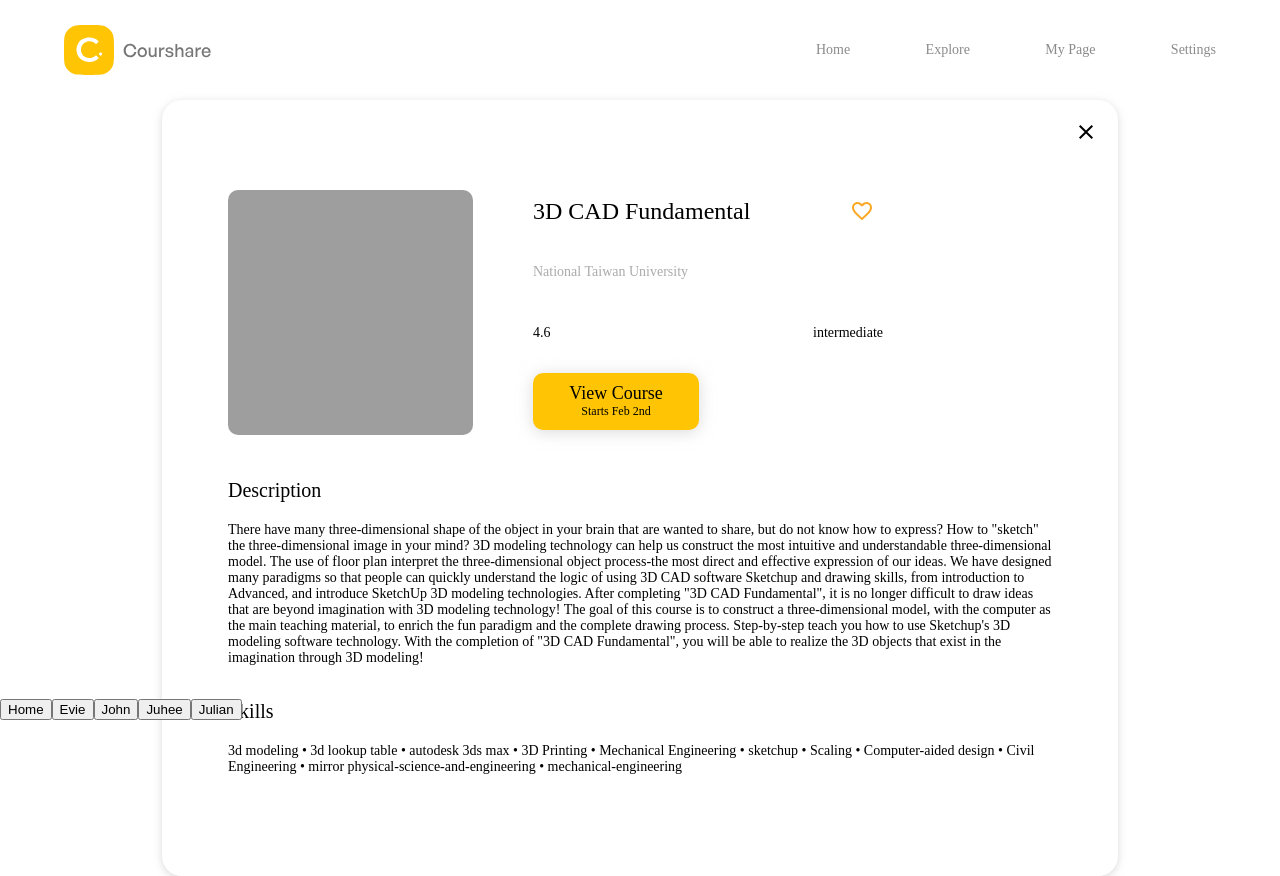
Repository: julianm09/courshare-app
Page: /comps/juhee
The author's editor kept a copy of each file at every save. The page is drawn from the files as they stood at one save, then again after the next save.
The browser window is 1280 px wide. The pictures show the whole page.
Pictures or frames that could not be fetched are drawn as grey boxes. The project was rebuilt for these pictures with package versions that can differ from the ones it lists, and the page was loaded fresh each time. The framework's server and built-in components were replaced by stand-ins that run in the browser. Also part of the build but not shown: next.config.js.

Above is the page before, as saved 2022-02-07 15:06:54.

### pages/_app.js
import "../styles/globals.css";
import styled from "styled-components";
import { useRouter } from "next/router";
import Navbar from "@/components/Navbar";

function MyApp({ Component, pageProps }) {
  const r = useRouter();
  return (
    <>
    <Navbar/>
      <Component {...pageProps} />

      <BotNav>
        <button onClick={() => r.push("/")}>Home</button>
        <button onClick={() => r.push("/comps/evie")}>Evie</button>
        <button onClick={() => r.push("/comps/john")}>John</button>
        <button onClick={() => r.push("/comps/juhee")}>Juhee</button>
        <button onClick={() => r.push("/comps/julian")}>Julian</button>
      </BotNav>
    </>
  );
}

const BotNav = styled.div`
  position: fixed;
  bottom: 0px;
`;

export default MyApp;

### pages/comps/juhee.js
import styled from "styled-components";
import CourseDetailCard from "@/components/CourseDetailCard";

export default function Juhee() {
  return (
    <Cont>
      {/* make components here */}
      <CourseDetailCard></CourseDetailCard>
    </Cont>
  );
}

const Cont = styled.div`
  display: flex;
  align-items: center;
  flex-direction: column;
  width: 100%;
`;

### styles/globals.css
@import url("general-sans.css");

html,
body {
  padding: 0;
  margin: 0;
  font-family: -apple-system, BlinkMacSystemFont, Segoe UI, Roboto, Oxygen,
    Ubuntu, Cantarell, Fira Sans, Droid Sans, Helvetica Neue, sans-serif;
}

a {
  color: inherit;
  text-decoration: none;
}

* {
  box-sizing: border-box;
}

### components/Navbar.js
import styled from "styled-components";
import { useState } from "react";
import { useRouter } from "next/router";

export default function Navbar({}) {
  const r = useRouter();

  const [menu, setMenu] = useState(false);

  const handleLink = (t) => {
    setMenu(false);
    r.push(t);
  };

  return (
    <NavbarUI>
      <Logo
        src="/logo.svg"
        selected={r.pathname == "/"}
        onClick={() => handleLink("/")}
      ></Logo>
      <Navigation>
        <LinkUI selected={r.pathname == "/"} onClick={() => handleLink("/")}>
          Home
        </LinkUI>
        <LinkUI
          selected={r.pathname == "/explore"}
          onClick={() => handleLink("/explore")}
        >
          Explore
        </LinkUI>
        <LinkUI
          selected={r.pathname == "/mypage"}
          onClick={() => handleLink("/mypage")}
        >
          My Page
        </LinkUI>
        <LinkUI
          selected={r.pathname == "/settings"}
          onClick={() => handleLink("/settings")}
        >
          Settings
        </LinkUI>
      </Navigation>
      <MenuIcon
        src={menu ? "/icons/close.svg" : "/icons/menu.svg"}
        onClick={() => setMenu(!menu)}
      />
      {menu ? (
        <MobileMenu>
          <LinkUI selected={r.pathname == "/"} onClick={() => handleLink("/")}>
            Home
          </LinkUI>
          <LinkUI
            selected={r.pathname == "/explore"}
            onClick={() => handleLink("/explore")}
          >
            Explore
          </LinkUI>
          <LinkUI
            selected={r.pathname == "/mypage"}
            onClick={() => handleLink("/mypage")}
          >
            My Page
          </LinkUI>
          <LinkUI
            selected={r.pathname == "/settings"}
            onClick={() => handleLink("/settings")}
          >
            Settings
          </LinkUI>
        </MobileMenu>
      ) : (
        <></>
      )}
    </NavbarUI>
  );
}

const NavbarUI = styled.div`
  width: 100%;
  padding: 0 5%;
  height: 100px;
  display: flex;
  align-items: center;
  justify-content: space-between;

  -webkit-touch-callout: none; /* iOS Safari */
  -webkit-user-select: none; /* Safari */
  -khtml-user-select: none; /* Konqueror HTML */
  -moz-user-select: none; /* Old versions of Firefox */
  -ms-user-select: none; /* Internet Explorer/Edge */
  user-select: none; /* Non-prefixed version, currently supported by Chrome, Edge, Opera and Firefox */
`;

const Logo = styled.img`
  cursor: pointer;
`;

const Navigation = styled.div`
  display: flex;
  justify-content: space-between;
  width: 400px;
  @media (max-width: 1000px) {
    display: none;
  }
`;

const LinkUI = styled.div`
  cursor: pointer;
  font-family: General Sans;
  font-style: normal;
  font-size: 14px;
  line-height: 24px;
  color: #8b8b8b;
  color: ${(props) => (props.selected ? "#595959" : "#8B8B8B")};
  font-weight: ${(props) => (props.selected ? "500" : "400")};
`;

const MenuIcon = styled.img`
  cursor: pointer;
  display: none;
  @media (max-width: 1000px) {
    display: flex;
  }
`;

const MobileMenu = styled.div`
  cursor: pointer;
  display: flex;
  position: absolute;
  height: 200px;
  flex-direction: column;
  justify-content: space-between;
  align-items: flex-end;
  top: 100px;
  width: 90%;
  @media (min-width: 1000px) {
    display: none;
  }
`;

### components/CourseDetailCard.js
import styled from "styled-components";
import { useState } from "react";
import Favorite from "@mui/icons-material/Favorite";
import FavoriteBorder from "@mui/icons-material/FavoriteBorder";
import { Checkbox } from "@mui/material";
import RegisterButton from "../components/RegisterButton";
import { yellow } from "@mui/material/colors";
import CloseIcon from "@mui/icons-material/Close";

const BigCont = styled.div`
  display: flex;
  flex-direction: column;
  width: 956px;
  height: 776px;
  background-color: #ffffff;
  box-shadow: 0px 2px 8px 0px rgba(185, 185, 185, 0.52);
  border-radius: 20px;
  font-family: General Sans;
`;
const ButtonCont = styled.div`
  display: flex;
  justify-content: flex-end;
  margin-right: 20px;
  margin-top: 20px;
`;

const ContentCont = styled.div`
  display: flex;
  flex-direction: column;
  justify-content: space-between;
  padding: 46px 66px 66px 66px;
`;
const FristCont = styled.div`
  display: flex;
  flex-direction: row;
`;
const LeftCont = styled.div``;

const Img = styled.img`
  width: 245px;
  height: 245px;
  border-radius: 10px;
`;
const Heading1 = styled.p`
  font-size: 24px;
  margin: 0;
  font-weight: 500;
`;

const GreyText = styled.p`
  color: #aaaaaa;
  font-size: 14px;
`;
const RightCont = styled.div`
  height: 245px;
  margin-left: 60px;
  display: flex;
  flex-direction: column;
  align-items: space-between;
`;
const RightSmallCont = styled.div`
  width: 350px;
  display: flex;
  flex-direction: row;
  justify-content: space-between;
  align-items: center;
  margin-bottom: 5%;
`;
const SecondCont = styled.div`
  margin-top: 20px;
`;
const Heading2 = styled.p`
  font-size: 20px;
  font-weight: 500;
`;
const Desc = styled.p`
  font-size: 14px;
`;
const ThirdCont = styled.div``;

export default function CourseDetailCard({
  name = "3D  CAD Fundamental",
  school = "National Taiwan University",
  rating = 4.6,
  difficulty = "intermediate",
  description = "",
  skills = "",
}) {
  return (
    <BigCont>
      <ButtonCont>
        <CloseIcon />
      </ButtonCont>
      <ContentCont>
        <FristCont>
          <LeftCont>
            <Img src="https://images.unsplash.com/photo-1600869009498-8d429f88d4f5?ixlib=rb-1.2.1&ixid=MnwxMjA3fDB8MHxwaG90by1wYWdlfHx8fGVufDB8fHx8&auto=format&fit=crop&w=2340&q=80" />
          </LeftCont>
          <RightCont>
            <RightSmallCont>
              <Heading1>{name}</Heading1>
              <Checkbox
                sx={{
                  color: yellow[800],
                  "&.Mui-checked": {
                    color: yellow[600],
                  },
                }}
                icon={<FavoriteBorder />}
                checkedIcon={<Favorite />}
              />
            </RightSmallCont>
            <RightSmallCont>
              <GreyText>{school}</GreyText>
            </RightSmallCont>
            <RightSmallCont>
              <Desc>{rating}</Desc>
              <Desc>{difficulty}</Desc>
            </RightSmallCont>
            <RightSmallCont>
              <RegisterButton />
            </RightSmallCont>
          </RightCont>
        </FristCont>
        <SecondCont>
          <Heading2>Description</Heading2>
          <Desc>
            There have many three-dimensional shape of the object in your brain
            that are wanted to share, but do not know how to express? How to
            "sketch" the three-dimensional image in your mind? 3D modeling
            technology can help us construct the most intuitive and
            understandable three-dimensional model. The use of floor plan
            interpret the three-dimensional object process-the most direct and
            effective expression of our ideas. We have designed many paradigms
            so that people can quickly understand the logic of using 3D CAD
            software Sketchup and drawing skills, from introduction to Advanced,
            and introduce SketchUp 3D modeling technologies. After completing
            "3D CAD Fundamental", it is no longer difficult to draw ideas that
            are beyond imagination with 3D modeling technology! The goal of this
            course is to construct a three-dimensional model, with the computer
            as the main teaching material, to enrich the fun paradigm and the
            complete drawing process. Step-by-step teach you how to use
            Sketchup's 3D modeling software technology. With the completion of
            "3D CAD Fundamental", you will be able to realize the 3D objects
            that exist in the imagination through 3D modeling!
          </Desc>
        </SecondCont>
        <ThirdCont>
          <Heading2>Skills</Heading2>
          <Desc>
            3d modeling • 3d lookup table • autodesk 3ds max • 3D Printing •
            Mechanical Engineering • sketchup • Scaling • Computer-aided design
            • Civil Engineering • mirror physical-science-and-engineering •
            mechanical-engineering
          </Desc>
        </ThirdCont>
      </ContentCont>
    </BigCont>
  );
}

### styles/general-sans.css
/**
 * @license
 *
 * Font Family: General Sans
 * Designed by: Frode Helland
 * URL: https://www.fontshare.com/fonts/general-sans
 * © 2021 Indian Type Foundry
 *
 * Font Styles:
 * General Sans Variable(Variable font)
 * General Sans Variable Italic(Variable font)
 * General Sans Extralight
 * General Sans Extralight Italic
 * General Sans Light
 * General Sans Light Italic
 * General Sans Regular
 * General Sans Italic
 * General Sans Medium
 * General Sans Medium Italic
 * General Sans Semibold
 * General Sans Semibold Italic
 * General Sans Bold
 * General Sans Bold Italic
 *
*/


/**
* This is a variable font
* You can controll variable axes as shown below:
* font-variation-settings: 'wght' 700.0;
*
* available axes:

* 'wght' (range from 200.0 to 700.0)

*/

@font-face {
  font-family: 'GeneralSans-Variable';
  src: url('../fonts/GeneralSans-Variable.woff2') format('woff2'),
       url('../fonts/GeneralSans-Variable.woff') format('woff'),
       url('../fonts/GeneralSans-Variable.ttf') format('truetype');
       font-weight: 200 700;
       font-display: swap;
       font-style: normal;
}


/**
* This is a variable font
* You can controll variable axes as shown below:
* font-variation-settings: 'wght' 700.0;
*
* available axes:

* 'wght' (range from 200.0 to 700.0)

*/

@font-face {
  font-family: 'GeneralSans-VariableItalic';
  src: url('../fonts/GeneralSans-VariableItalic.woff2') format('woff2'),
       url('../fonts/GeneralSans-VariableItalic.woff') format('woff'),
       url('../fonts/GeneralSans-VariableItalic.ttf') format('truetype');
       font-weight: 200 700;
       font-display: swap;
       font-style: italic;
}


@font-face {
  font-family: 'GeneralSans-Extralight';
  src: url('../fonts/GeneralSans-Extralight.woff2') format('woff2'),
       url('../fonts/GeneralSans-Extralight.woff') format('woff'),
       url('../fonts/GeneralSans-Extralight.ttf') format('truetype');
       font-weight: 200;
       font-display: swap;
       font-style: normal;
}


@font-face {
  font-family: 'GeneralSans-ExtralightItalic';
  src: url('../fonts/GeneralSans-ExtralightItalic.woff2') format('woff2'),
       url('../fonts/GeneralSans-ExtralightItalic.woff') format('woff'),
       url('../fonts/GeneralSans-ExtralightItalic.ttf') format('truetype');
       font-weight: 200;
       font-display: swap;
       font-style: italic;
}


@font-face {
  font-family: 'GeneralSans-Light';
  src: url('../fonts/GeneralSans-Light.woff2') format('woff2'),
       url('../fonts/GeneralSans-Light.woff') format('woff'),
       url('../fonts/GeneralSans-Light.ttf') format('truetype');
       font-weight: 300;
       font-display: swap;
       font-style: normal;
}


@font-face {
  font-family: 'GeneralSans-LightItalic';
  src: url('../fonts/GeneralSans-LightItalic.woff2') format('woff2'),
       url('../fonts/GeneralSans-LightItalic.woff') format('woff'),
       url('../fonts/GeneralSans-LightItalic.ttf') format('truetype');
       font-weight: 300;
       font-display: swap;
       font-style: italic;
}


@font-face {
  font-family: 'GeneralSans-Regular';
  src: url('../fonts/GeneralSans-Regular.woff2') format('woff2'),
       url('../fonts/GeneralSans-Regular.woff') format('woff'),
       url('../fonts/GeneralSans-Regular.ttf') format('truetype');
       font-weight: 400;
       font-display: swap;
       font-style: normal;
}


@font-face {
  font-family: 'GeneralSans-Italic';
  src: url('../fonts/GeneralSans-Italic.woff2') format('woff2'),
       url('../fonts/GeneralSans-Italic.woff') format('woff'),
       url('../fonts/GeneralSans-Italic.ttf') format('truetype');
       font-weight: 400;
       font-display: swap;
       font-style: italic;
}


@font-face {
  font-family: 'GeneralSans-Medium';
  src: url('../fonts/GeneralSans-Medium.woff2') format('woff2'),
       url('../fonts/GeneralSans-Medium.woff') format('woff'),
       url('../fonts/GeneralSans-Medium.ttf') format('truetype');
       font-weight: 500;
       font-display: swap;
       font-style: normal;
}


@font-face {
  font-family: 'GeneralSans-MediumItalic';
  src: url('../fonts/GeneralSans-MediumItalic.woff2') format('woff2'),
       url('../fonts/GeneralSans-MediumItalic.woff') format('woff'),
       url('../fonts/GeneralSans-MediumItalic.ttf') format('truetype');
       font-weight: 500;
       font-display: swap;
       font-style: italic;
}


@font-face {
  font-family: 'GeneralSans-Semibold';
  src: url('../fonts/GeneralSans-Semibold.woff2') format('woff2'),
       url('../fonts/GeneralSans-Semibold.woff') format('woff'),
       url('../fonts/GeneralSans-Semibold.ttf') format('truetype');
       font-weight: 600;
       font-display: swap;
       font-style: normal;
}


@font-face {
  font-family: 'GeneralSans-SemiboldItalic';
  src: url('../fonts/GeneralSans-SemiboldItalic.woff2') format('woff2'),
       url('../fonts/GeneralSans-SemiboldItalic.woff') format('woff'),
       url('../fonts/GeneralSans-SemiboldItalic.ttf') format('truetype');
       font-weight: 600;
       font-display: swap;
       font-style: italic;
}


@font-face {
  font-family: 'GeneralSans-Bold';
  src: url('../fonts/GeneralSans-Bold.woff2') format('woff2'),
       url('../fonts/GeneralSans-Bold.woff') format('woff'),
       url('../fonts/GeneralSans-Bold.ttf') format('truetype');
       font-weight: 700;
       font-display: swap;
       font-style: normal;
}


@font-face {
  font-family: 'GeneralSans-BoldItalic';
  src: url('../fonts/GeneralSans-BoldItalic.woff2') format('woff2'),
       url('../fonts/GeneralSans-BoldItalic.woff') format('woff'),
       url('../fonts/GeneralSans-BoldItalic.ttf') format('truetype');
       font-weight: 700;
       font-display: swap;
       font-style: italic;
}

### components/RegisterButton.js
import styled from "styled-components";

const RegisterBtn = styled.button`
  width: 166px;
  height: 57px;
  background-color: ${(props) => props.background};
  color: #000000;
  filter: drop-shadow(0px 2px 8px rgba(185, 185, 185, 0.52));
  border-radius: 10px;
  border: none;
  display: flex;
  flex-direction: column;
  justify-content: center;
  align-items: center;
`;
const Header = styled.div`
  font-family: General Sans;
  font-style: normal;
  font-weight: 500;
  font-size: 18px;
  color: #000000;
  margin-left: auto;
  margin-right: auto;
`;

const Text = styled.div`
font-family: General Sans;
font-style: normal;
font-weight: normal;
font-size: 12px;
color: #000000;
margin-left: auto;
margin-right: auto;

}
`;

const RegisterButton = ({
  text = "View Course",
  data = "Starts Feb 2nd",
  background = "#FFC403",
}) => {
  return (
    <RegisterBtn background={background}>
      <Header>{text}</Header>
      <Text>{data}</Text>
    </RegisterBtn>
  );
};

export default RegisterButton;

Loaded but not shown: pages/_document.js (common file)

After the next save:
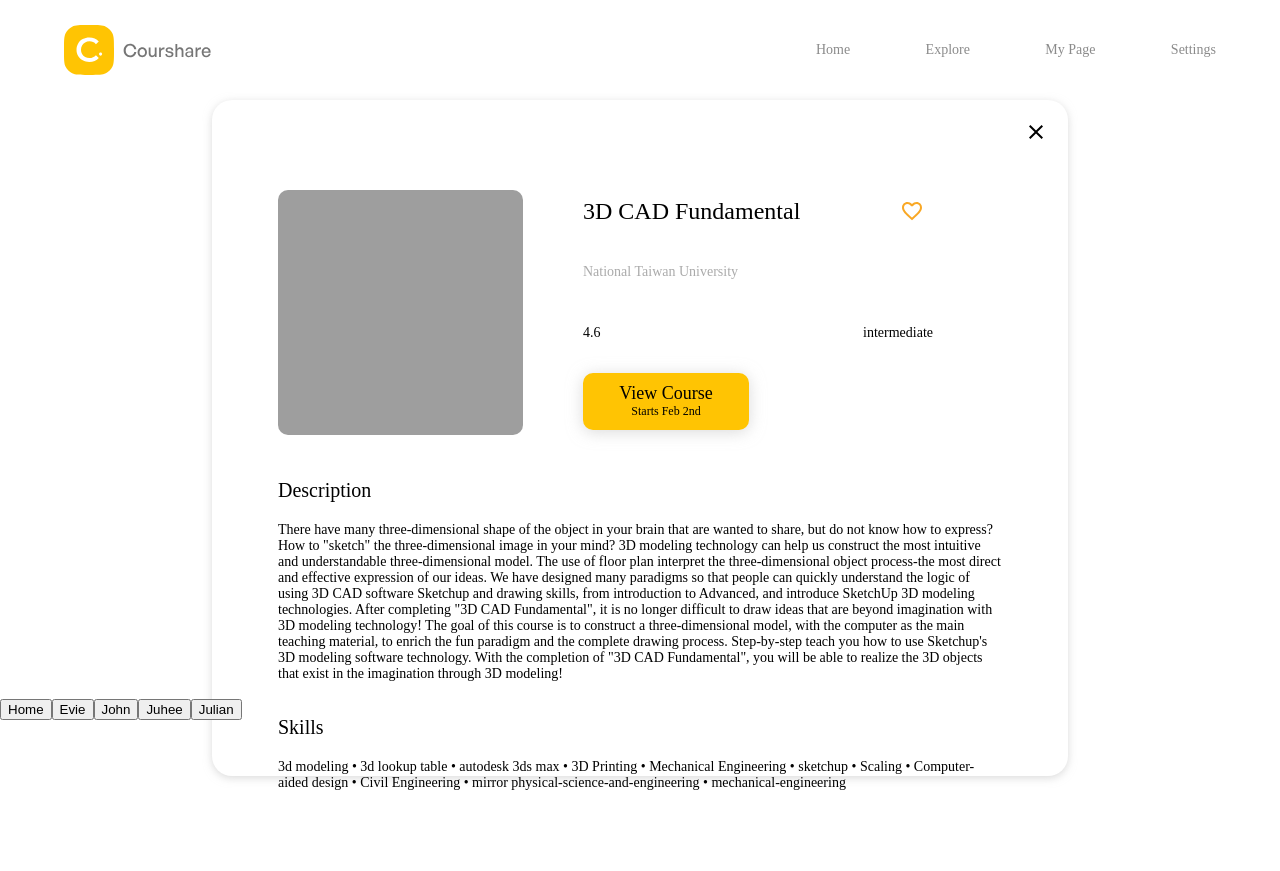
Saved 95 s later.
--- a/components/CourseDetailCard.js
+++ b/components/CourseDetailCard.js
@@ -10,8 +10,8 @@
 const BigCont = styled.div`
   display: flex;
   flex-direction: column;
-  width: 956px;
-  height: 776px;
+  width: 856px;
+  height: 676px;
   background-color: #ffffff;
   box-shadow: 0px 2px 8px 0px rgba(185, 185, 185, 0.52);
   border-radius: 20px;

After the save that followed:
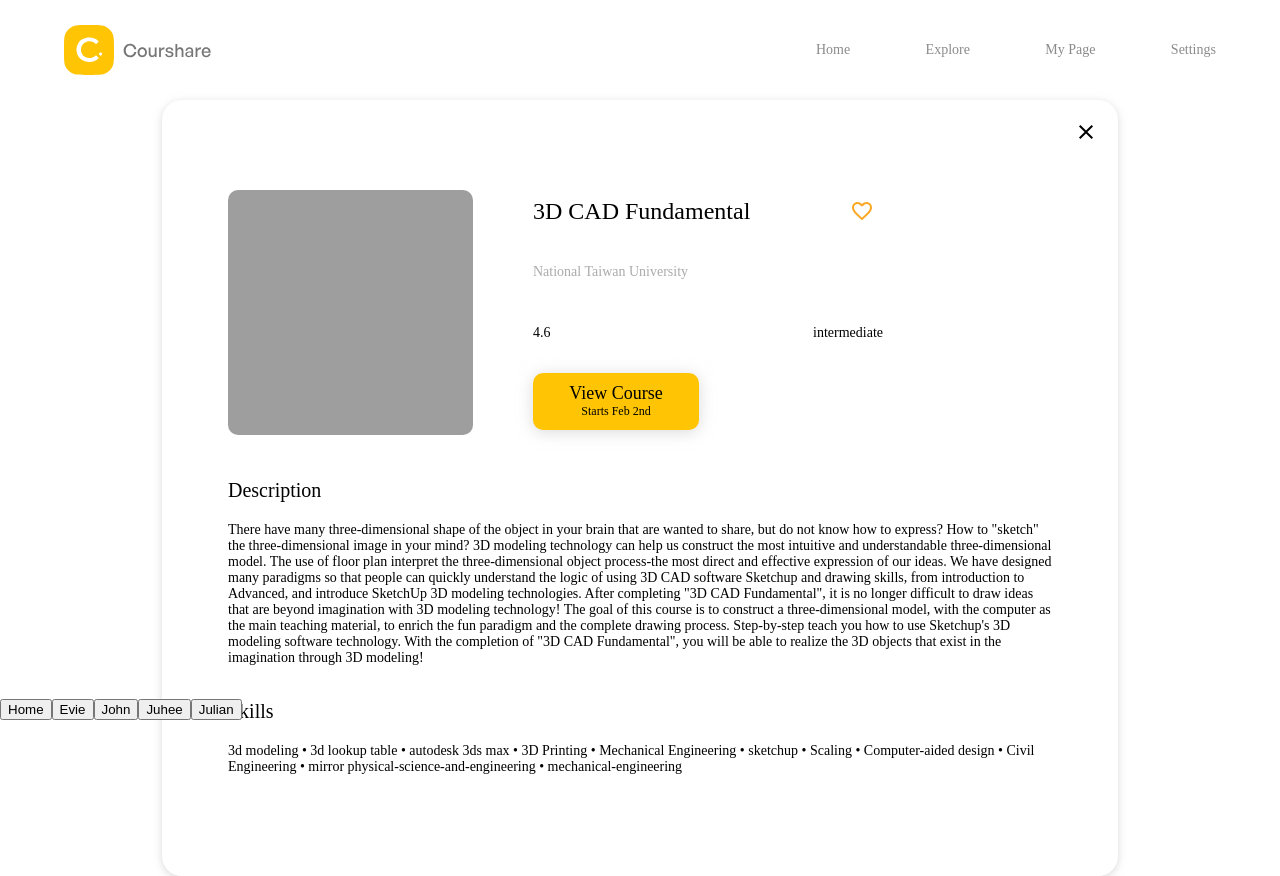
Saved 8 s later.
--- a/components/CourseDetailCard.js
+++ b/components/CourseDetailCard.js
@@ -10,8 +10,8 @@
 const BigCont = styled.div`
   display: flex;
   flex-direction: column;
-  width: 856px;
-  height: 676px;
+  width: 956px;
+  height: 776px;
   background-color: #ffffff;
   box-shadow: 0px 2px 8px 0px rgba(185, 185, 185, 0.52);
   border-radius: 20px;
